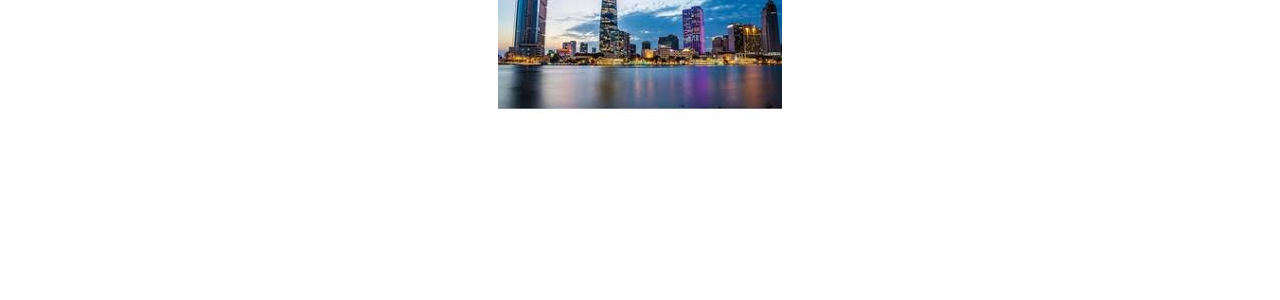
Repository: Tan-Khang21/TH_TKW--Buoi_07
Page: Bai_Tap_Tren_lop/Bai_04/Opacity1.html
The author's editor kept a copy of each file at every save. The page is drawn from the files as they stood at one save, then again after the next save.
The browser window is 1280 px wide. The pictures show the whole page.

Above is the page before, as saved 2024-03-12 16:24:31.

### Bai_Tap_Tren_lop/Bai_04/Opacity1.html
<!DOCTYPE html>
<html lang="en">
  <head>
    <meta charset="UTF-8" />
    <meta name="viewport" content="width=device-width, initial-scale=1.0" />
    <title>Document</title>
    <link rel="stylesheet" href="style.css" />
    <link rel="stylesheet" href="reset.css" />
  </head>
  <body>
    <h5 class="title"></h5>
    <div class="container">
      <div class="box">
        <img src="images/images2.jpg" alt="" />
      </div>
      <div class="box">
        <img src="" alt="" />
      </div>
      <div class="box">
        <img src="" alt="" />
      </div>
    </div>
  </body>
</html>

### Bai_Tap_Tren_lop/Bai_04/style.css
* {
  box-sizing: border-box;
}
body {
  width: 100%;
}
.container {
  width: 100px;
  height: 30px;
  font-size: 20px;
  background-color: #00cc66;
  box-shadow: 0 0 10px black;
  border-radius: 10px;
  margin: 20px auto;
  display: flex;
  align-items: center;
  justify-content: center;
  transition: 1s linear;
}
.container:hover {
  width: 200px;
  height: 60px;
  background-color: white;
}

Loaded but not shown: Bai_Tap_Tren_lop/Bai_04/reset.css (common file)

After the next save:
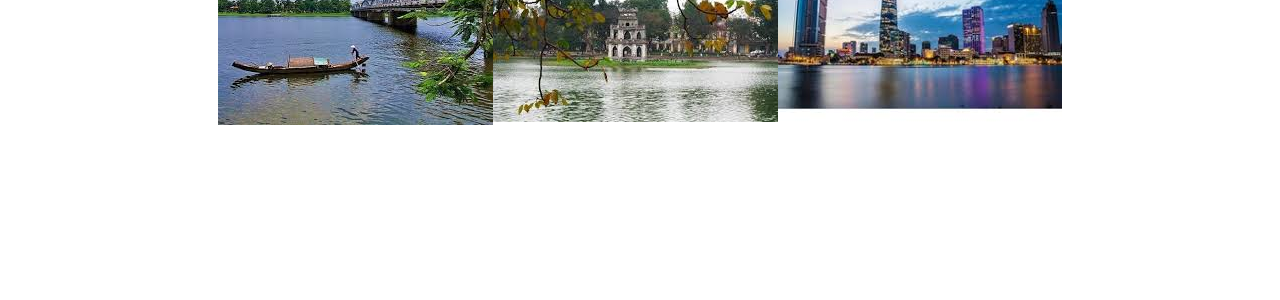
Saved 32 s later.
--- a/Bai_Tap_Tren_lop/Bai_04/Opacity1.html
+++ b/Bai_Tap_Tren_lop/Bai_04/Opacity1.html
@@ -11,13 +11,13 @@
     <h5 class="title"></h5>
     <div class="container">
       <div class="box">
-        <img src="images/images2.jpg" alt="" />
+        <img src="images/images1.jpg" alt="" />
       </div>
       <div class="box">
-        <img src="" alt="" />
+        <img src="images/images3.jpg" alt="" />
       </div>
       <div class="box">
-        <img src="" alt="" />
+        <img src="images/images2.jpg" alt="" />
       </div>
     </div>
   </body>
